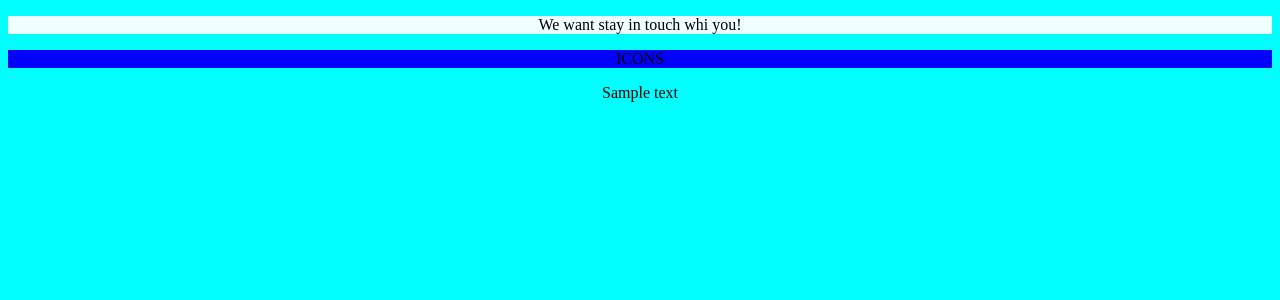
Repository: JhonMercedes/profile
Page: index.html
These files come from the project's save history. The page is drawn as it stood at one moment and after the next save; the edit follows.
The browser window is 1280 px wide. The pictures show the whole page.

Above is the page before, as saved 2021-12-08 01:57:59.

After the next save:
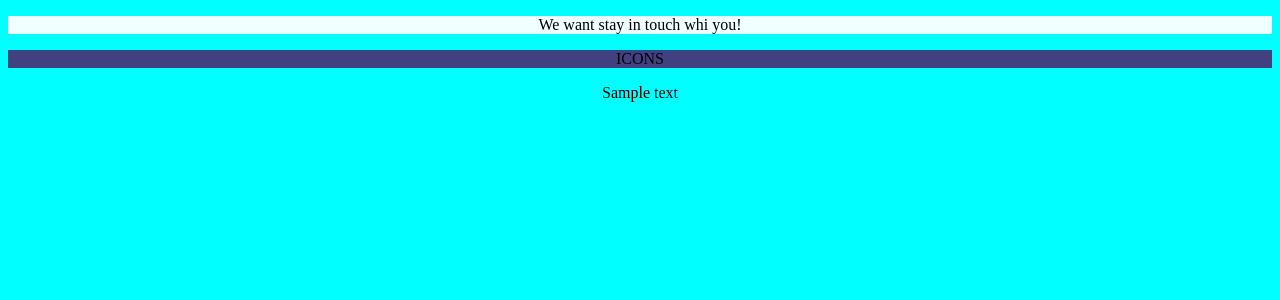
Saved 7 s later.
--- a/style.css
+++ b/style.css
@@ -7,5 +7,5 @@
 }
 
 .container2 {
-    background-color: blue;
+    background-color: rgb(65, 65, 128);
 }
